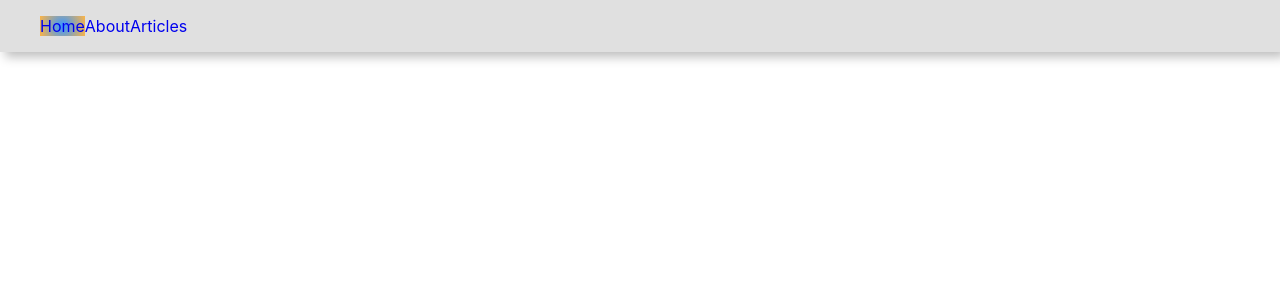
Repository: ShindanoSingi/react-software-architecture-course
Page: /
An editor plug-in stored every save of this project. The page is shown before and after the next save, followed by the edit.
The browser window is 1280 px wide. The pictures show the whole page.
The project was rebuilt for these pictures with package versions that can differ from the ones it lists, and the page was loaded fresh each time. Also part of the build but not shown: src/pages/About.js, src/pages/Articles.js.

Above is the page before, as saved 2022-12-25 20:20:11.

### src/App.js
import './App.css';
import { Routes, Route, NavLink } from 'react-router-dom';
import Home from './pages/Home';
import About from './pages/About';
import Articles from './pages/Articles';


function App() {

  return (
    <>
      <nav className='nav-bar'>
      <ul className='list-container'>
        <NavLink to='/' className={({isActive}) => isActive ? "is-active" : null}>
          <li>Home</li>
        </NavLink>

        <NavLink to='/about' className={({isActive}) => isActive ? "is-active" : null}>
          <li>About</li>
        </NavLink>

        <NavLink to='/articles' className={({isActive}) => isActive ? "is-active" : null}>
          <li>Articles</li>
        </NavLink>
      </ul>
    </nav>
      <Routes>
        <Route path='/' element={<Home />}/>
        <Route path='about' element={<About />}/>
        <Route path='articles' element={<Articles />}/>
      </Routes>
    </>
  );
}

export default App;

### src/App.css
h1 {
    text-align: center;
    margin: 0rem;
    padding: 0.5em;
}

.nav-bar {
    position: fixed;
    width: 100%;
    top: 0;
    border-radius: 0px;
    background: #e0e0e0;
    box-shadow: 5px 5px 10px #bebebe,
        -5px -5px 10px #ffffff;
}

.is-active {
    background: rgb(63, 152, 251);
    background: radial-gradient(circle, rgba(63, 152, 251, 1) 6%, rgba(252, 180, 70, 1) 100%);
}

.list-container, a {
    list-style: none;
    text-decoration: none;
    display: flex;
}

.container {
    max-width: 80em;
    background-color: beige;
    margin: 0 auto;
    height: 100vh;
}

Loaded but not shown: public/index.html (common file); src/index.js (common file); src/index.css (common file); src/reportWebVitals.js (common file); src/pages/Home.js (common file)

After the next save:
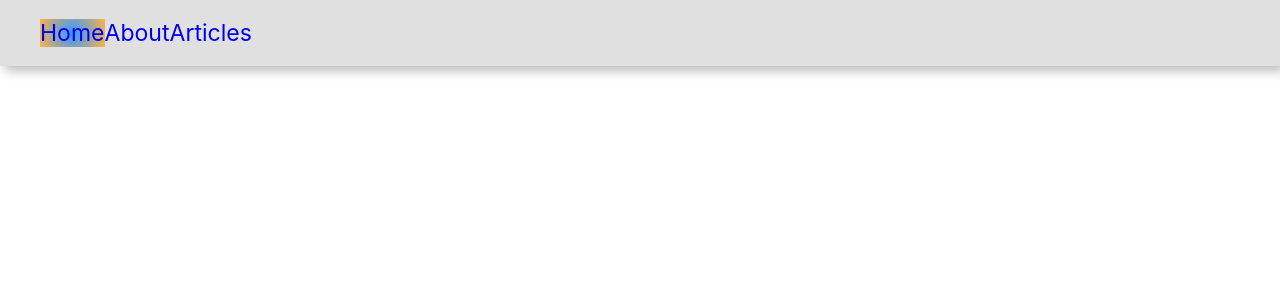
Saved 50 s later.
--- a/src/App.css
+++ b/src/App.css
@@ -20,6 +20,7 @@ h1 {
 }
 
 .list-container, a {
+    font-size: 1.2em;
     list-style: none;
     text-decoration: none;
     display: flex;
